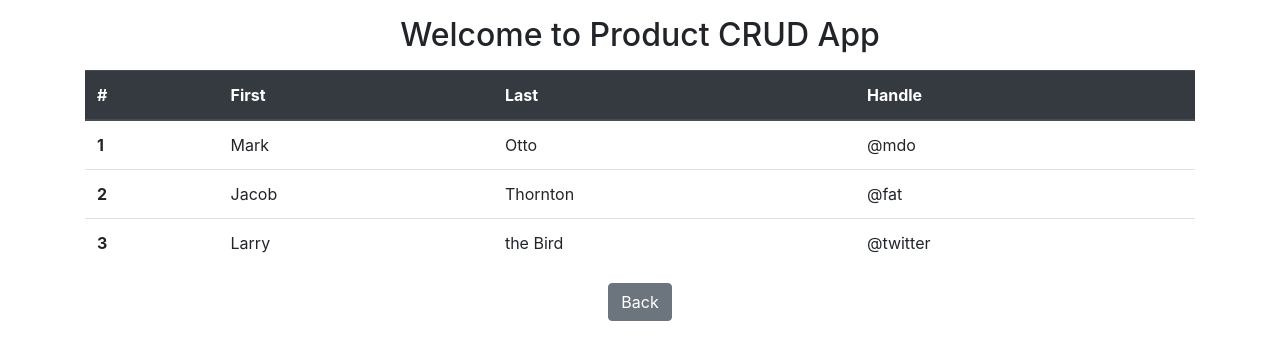
Repository: saroj789/Spring-Practice
Page: http://localhost/productcrudapp/WEB-INF/views/home.jsp
The author's editor kept a copy of each file at every save. The page is drawn from the files as they stood at one save, then again after the next save.
The browser window is 1280 px wide. The pictures show the whole page.
The page is served by Tomcat 9. Nobody is signed in. The template is opened directly, without the code that normally fills it, so the values that code supplies are empty.

Above is the page before, as saved 2023-07-23 08:35:55.

After the next save:
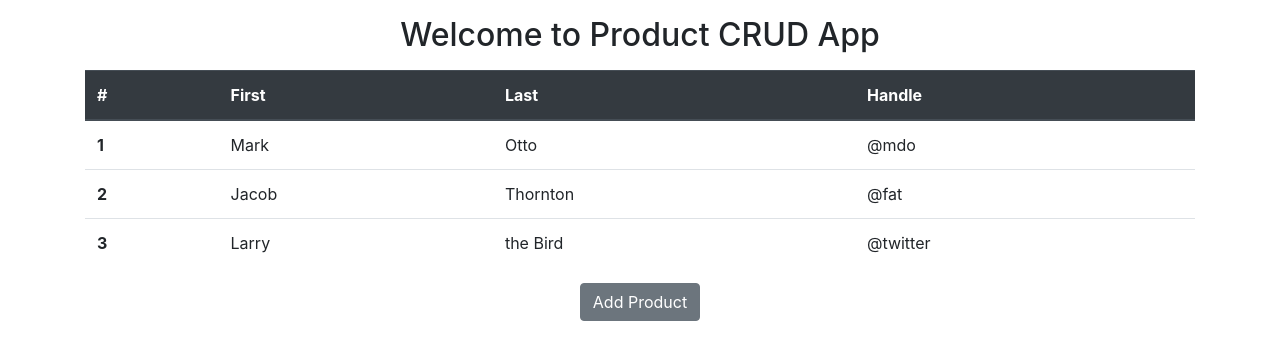
Saved 17 s later.
--- a/productcrudapp/src/main/webapp/WEB-INF/views/home.jsp
+++ b/productcrudapp/src/main/webapp/WEB-INF/views/home.jsp
@@ -45,7 +45,7 @@
 
 				<div class="container text-center">
 			      <a href="${pageContext.request.contextPath}/addproduct"
-			      	  class="btn btn-secondary">Back</a>
+			      	  class="btn btn-secondary">Add Product</a>
 		     	 </div>
 			</div>
 		</div>
